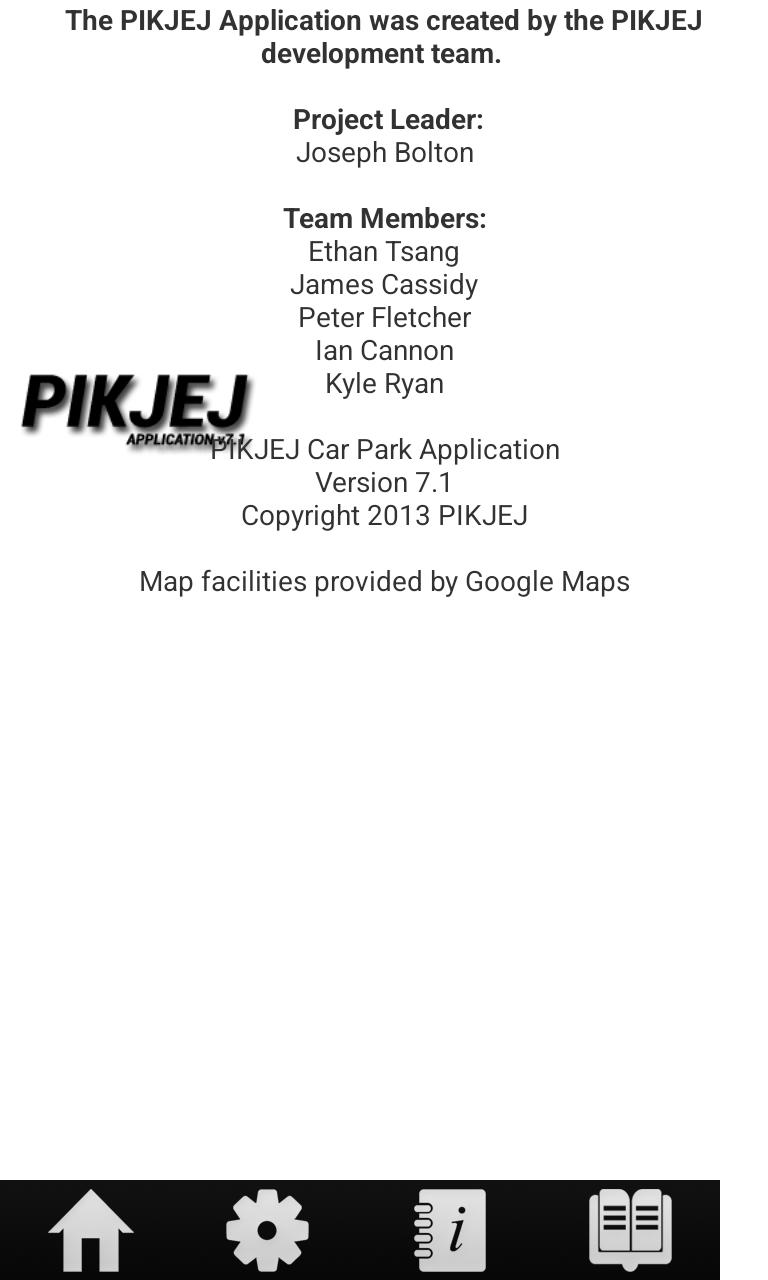
Repository: jo3bolton/PIKJEJ
Layout: PIKJEJ v7/PIKJEJ/res/layout/activity_about.xml
These files come from the project's save history. The layout is drawn as it stood at one moment and after the next save; the edit follows.
It is drawn on a 768 x 1280 px phone screen (xhdpi) without system bars, with theme AppTheme; the app's code is not run.

Above is the layout before, as saved 2013-03-23 13:58:22.

After the next save:
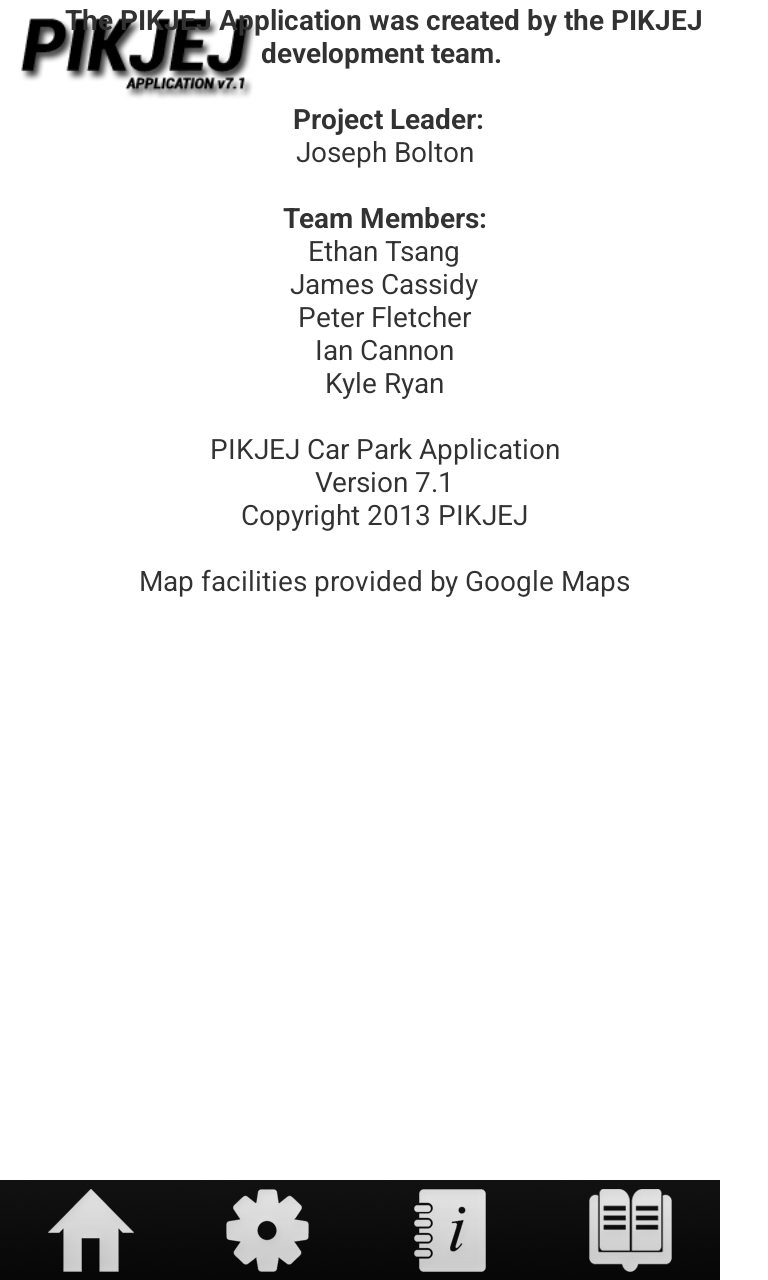
Saved 5 s later.
--- a/PIKJEJ v7/PIKJEJ/res/layout/activity_about.xml
+++ b/PIKJEJ v7/PIKJEJ/res/layout/activity_about.xml
@@ -45,7 +45,6 @@
     android:layout_width="wrap_content"
     android:layout_height="wrap_content"
     android:layout_alignTop="@+id/ScrollView1"
-    android:layout_marginTop="178dp"
     android:src="@drawable/img_pikjej_about" />
 <ScrollView
     android:id="@+id/ScrollView1"
